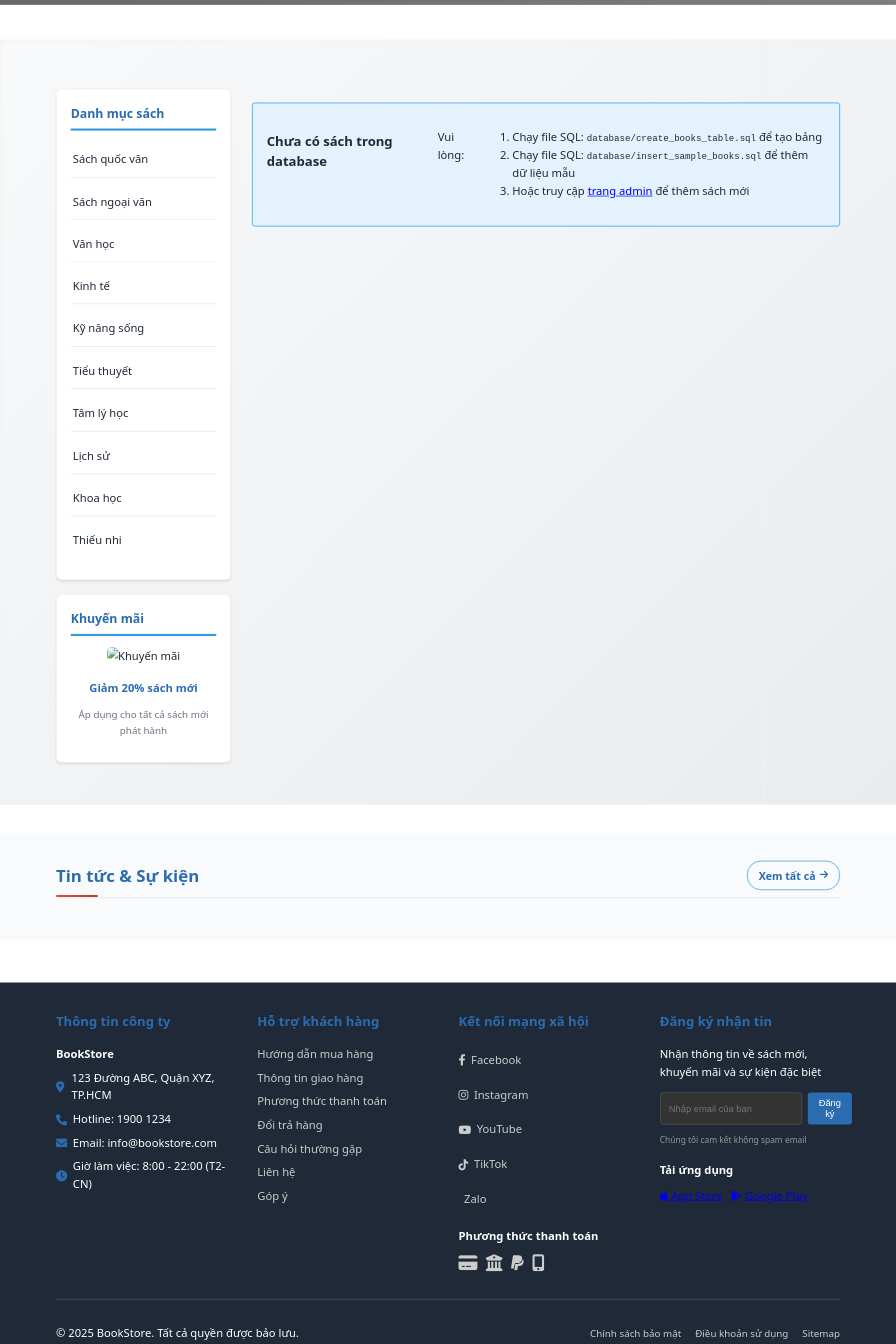
Repository: VoDTrongNghia/bai_tap_php
Page: http://localhost/bookstore/public/home
The author's editor kept a copy of each file at every save. The page is drawn from the files as they stood at one save, then again after the next save.
The browser window is 1280 px wide. The pictures show the part of the page from y = 652 to 2572 px (the page is 2605 px tall before and 2613 px after), at 70% of full size.
Pictures or frames that could not be fetched are drawn as grey boxes. The page is run by PHP 8.4 with error messages shown; the project is at /var/www/html/. Queries for data that is not in the repository find no rows.

Above is the page before, as saved 2025-12-03 10:41:27.
Console error: SyntaxError: Identifier 'scripts' has already been declared

After the next save:
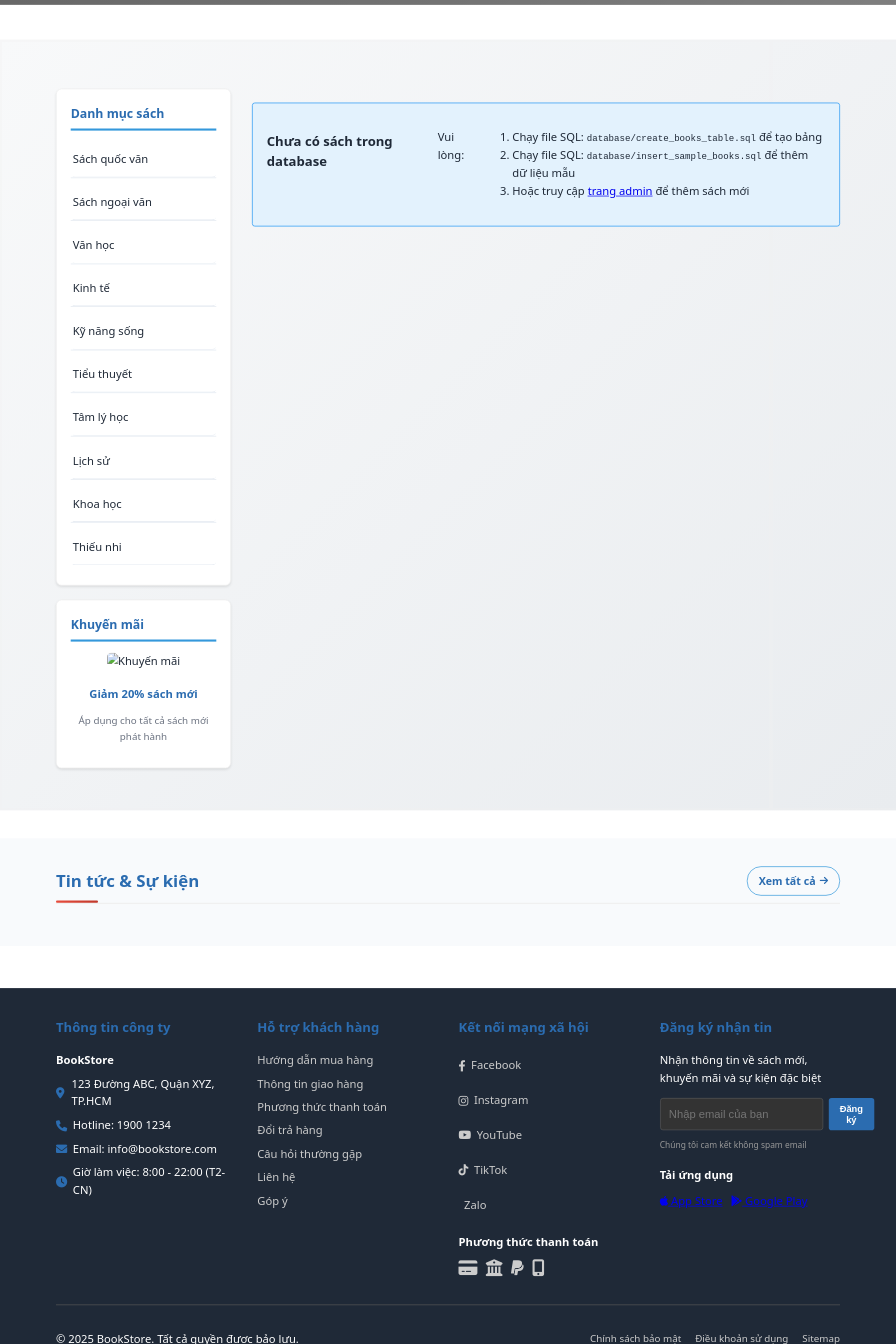
Saved 7 s later.
--- a/bookstore/resources/views/layout/main.php
+++ b/bookstore/resources/views/layout/main.php
@@ -10,6 +10,8 @@
     <!-- CSS -->
     <link rel="stylesheet" href="<?= $baseUrl ?>css/styles.css">
     <link rel="stylesheet" href="<?= $baseUrl ?>css/home.css">
+    <link rel="stylesheet" href="<?= $baseUrl ?>css/news.css">
+    <link rel="stylesheet" href="<?= $baseUrl ?>css/office.css">
     <link rel="stylesheet" href="https://cdnjs.cloudflare.com/ajax/libs/font-awesome/6.0.0/css/all.min.css">
     <script src="<?= $baseUrl ?>js/banner-slider.js" defer></script>
 
